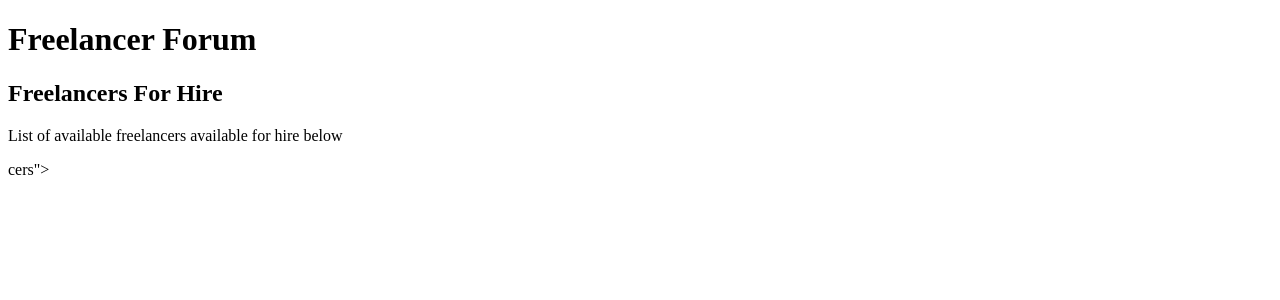
Repository: MelindaN14/Unit2.FreelancerForum
Page: forum/app.html
The author's editor kept a copy of each file at every save. The page is drawn from the files as they stood at one save, then again after the next save.
The browser window is 1280 px wide. The pictures show the whole page.

Above is the page before, as saved 2024-04-10 20:38:34.

### forum/app.html
<!DOCTYPE html>
<html lang="en">
  <head>
    <meta charset="UTF-8" />
    <meta name="viewport" content="width=device-width, initial-scale=1.0" />
    <title>Document</title>
    <script src="app.js"></script>
  </head>
  <body>
    <h1>Freelancer Forum</h1>
    <h2>Freelancers For Hire</h2>
    <p>List of available freelancers available for hire below</p>
    <table>

   cers">





    </table>
  </body>
</html>
<!-- write out names of the freelancers and their respective jobs
put them into a table? they want a new freelancer to be added and appear every few seconds and the aver
starting price -->

Loaded but not shown: forum/app.js (common file)

After the next save:
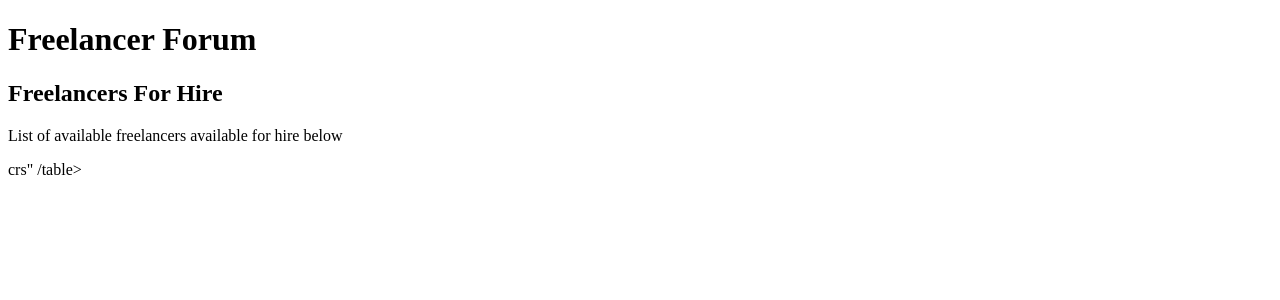
Saved 4 s later.
--- a/forum/app.html
+++ b/forum/app.html
@@ -12,13 +12,9 @@
     <p>List of available freelancers available for hire below</p>
     <table>
 
-   cers">
+   crs"
 
-
-
-
-
-    </table>
+    /table>
   </body>
 </html>
 <!-- write out names of the freelancers and their respective jobs
